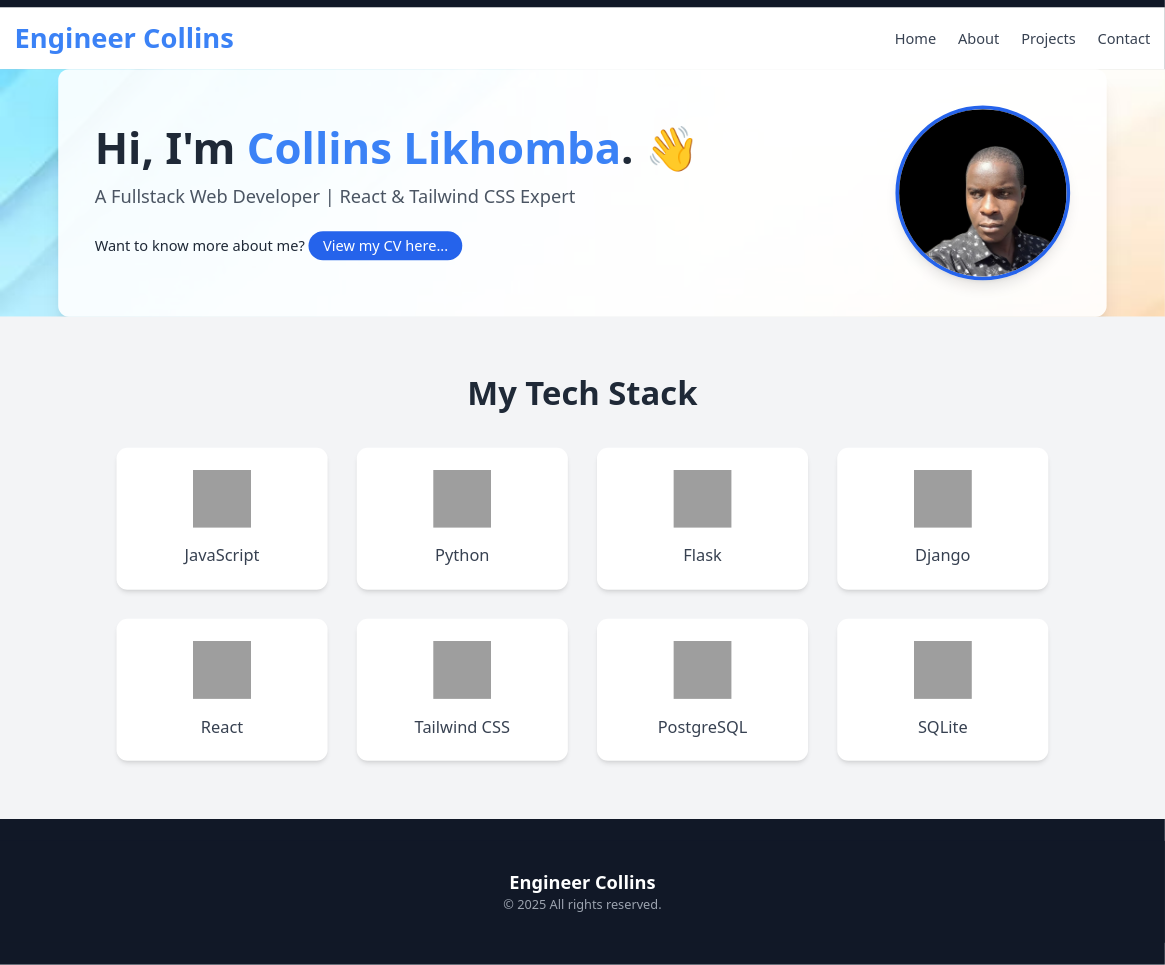
Repository: Engineer-collo/Portfolio
Page: /
These files come from the project's save history. The page is drawn as it stood at one moment and after a run of saves; the edit follows.
The browser window is 1280 px wide. The pictures show the whole page, at 91% of full size.
Pictures or frames that could not be fetched are drawn as grey boxes. The project was rebuilt for these pictures with package versions that can differ from the ones it lists, and the page was loaded fresh each time. Also part of the build but not shown: vite.config.js, src/pages/About.jsx, src/pages/Projects.jsx, src/pages/Contact.jsx, src/pages/Blog.jsx, src/pages/Skills.jsx.

Above is the page before, as saved 2025-06-07 17:08:58.

### index.html
<!DOCTYPE html>
<html lang="en">
<head>
  <meta charset="UTF-8">
  <meta name="viewport" content="width=device-width, initial-scale=1.0">
  <title>Portfolio</title>
</head>
<body class="bg-gray-100">
  <div id="root"></div>
  <script type="module" src="/src/main.jsx"></script>
</body>
</html>

### src/main.jsx
import React from 'react'
import ReactDOM from 'react-dom/client'
import './index.css'
import App from './App'

ReactDOM.createRoot(document.getElementById('root')).render(
  <React.StrictMode>
    <App />
  </React.StrictMode>,
)

### src/App.jsx
import { BrowserRouter as Router, Route, Routes } from "react-router-dom";
import HomePage from "./pages/HomePage";
import About from "./pages/About";
import Project from "./pages/Projects";
import Contact from "./pages/Contact";
import Blog from "./pages/Blog";
import Skills from "./pages/Skills";

function App() {
  return (
    <Router>

      <Routes>
        <Route path="/" element={<HomePage />} />
        <Route path="/about" element={<About />} />
        <Route path="/projects" element={<Project />} />
        <Route path="/contact" element={<Contact />} />
        <Route path="/skills" element={<Skills />} />
        <Route path="/blog" element={<Blog />} />


      </Routes>
    </Router>
  );
}

export default App;

### src/pages/HomePage.jsx
import React from 'react';
import Navbar from '../components/Navbar';
import Footer from './Footer';

const skills = [
  {
    name: "JavaScript",
    icon: "https://cdn.jsdelivr.net/gh/devicons/devicon/icons/javascript/javascript-original.svg",
  },
  {
    name: "Python",
    icon: "https://cdn.jsdelivr.net/gh/devicons/devicon/icons/python/python-original.svg",
  },
  {
    name: "Flask",
    icon: "https://cdn.jsdelivr.net/gh/devicons/devicon/icons/flask/flask-original.svg",
  },
  {
    name: "Django",
    icon: "https://cdn.jsdelivr.net/gh/devicons/devicon/icons/django/django-plain.svg",
  },
  {
    name: "React",
    icon: "https://cdn.jsdelivr.net/gh/devicons/devicon/icons/react/react-original.svg",
  },
  {
    name: "Tailwind CSS",
    icon: "https://i.pinimg.com/736x/11/a7/b5/11a7b5fb70c24e5632f2baccce14603c.jpg",
  },
  {
    name: "PostgreSQL",
    icon: "https://cdn.jsdelivr.net/gh/devicons/devicon/icons/postgresql/postgresql-original.svg",
  },
  {
    name: "SQLite",
    icon: "https://cdn.jsdelivr.net/gh/devicons/devicon/icons/sqlite/sqlite-original.svg",
  },
];

const HomePage = () => {
  return (
    <div className="text-gray-800 font-sans min-h-screen flex flex-col">
      {/* Navbar */}
      <header className="bg-gray-900 text-white shadow">
        <Navbar />
      </header>

      {/* Hero Section */}
      <section
        className="flex-grow flex justify-center items-center px-4
                   bg-[url('/bg.png')] bg-cover bg-center bg-no-repeat"
      >
        <div className="flex flex-col md:flex-row items-center
                        text-center md:text-left gap-10
                        bg-white bg-opacity-90 p-6 md:p-10 rounded-xl shadow-xl
                        max-w-6xl w-full">
          {/* Text Side */}
          <div className="flex-1">
            <h2 className="text-4xl sm:text-5xl font-bold mb-4">
              Hi, I'm <span className="text-blue-500">Collins Likhomba</span>. 👋
            </h2>
            <p className="text-lg sm:text-xl text-gray-600 mb-6">
              A Fullstack Web Developer | React & Tailwind CSS Expert
            </p>
            <p>
              Want to know more about me?&nbsp;
              <a
                href="https://my-cv-henna-beta.vercel.app/"
                className="inline-block bg-blue-600 text-white px-4 py-1 rounded-full hover:bg-blue-700 transition"
                target="_blank"
                rel="noopener noreferrer"
              >
                View my CV here...
              </a>
            </p>
          </div>

          {/* Image Side */}
          <div className="flex-shrink-0 w-36 h-36 sm:w-48 sm:h-48 rounded-full border-4 border-blue-600 shadow-lg overflow-hidden">
            <img
              src="/picture.png"
              alt="Profile"
              className="w-full h-full object-cover"
            />
          </div>
        </div>
      </section>

      {/* Skills Section */}
      <section className="bg-gray-100 py-16 px-4 sm:px-6 lg:px-8 text-center">
        <h2 className="text-4xl font-bold text-gray-800 mb-10">My Tech Stack</h2>

        <div className="grid grid-cols-2 sm:grid-cols-3 md:grid-cols-4 gap-8 max-w-5xl mx-auto">
          {skills.map((skill) => (
            <div
              key={skill.name}
              className="flex flex-col items-center justify-center bg-white rounded-xl p-6 shadow-md hover:shadow-lg transition-shadow duration-300"
            >
              <img
                src={skill.icon}
                alt={skill.name}
                className="w-16 h-16 mb-4"
              />
              <p className="text-lg font-medium text-gray-700">{skill.name}</p>
            </div>
          ))}
        </div>
      </section>

      {/* Footer */}
      <footer className="bg-gray-900 text-white text-center py-6 mt-auto">
        <Footer />
      </footer>
    </div>
  );
};

export default HomePage;

### src/components/Navbar.jsx
import React, { useState } from 'react';
import { Link } from 'react-router-dom';

const Navbar = () => {
  const [isOpen, setIsOpen] = useState(false);

  const toggleMenu = () => setIsOpen(!isOpen);

  return (
    <header className=" mt-2 bg-white shadow-md">
      <div className="max-w-7xl mx-auto px-4 py-4 flex justify-between items-center">
        <h1 className="text-3xl font-bold text-gray-800">        <Link to="/" className="hover:text-blue-500 text-gray-700 transition"><span className='text-blue-500'>Engineer Collins</span></Link>
        </h1>

        {/* Desktop nav */}
        <nav className="space-x-6 hidden md:flex">
        <Link to="/" className="hover:text-blue-500 text-gray-700 transition">Home</Link>
          <Link to="/about" className="hover:text-blue-500 text-gray-700 transition">About</Link>
          <Link to="/projects" className="hover:text-blue-500 text-gray-700 transition">Projects</Link>
          <Link to="/contact" className="hover:text-blue-500 text-gray-700 transition">Contact</Link>
        </nav>

        {/* Mobile menu toggle */}
        <div className="md:hidden">
          <button onClick={toggleMenu} className="text-gray-700 focus:outline-none">
            <svg className="h-6 w-6" fill="none" stroke="currentColor" strokeWidth="2" viewBox="0 0 24 24">
              <path strokeLinecap="round" strokeLinejoin="round" d={isOpen ? 'M6 18L18 6M6 6l12 12' : 'M4 6h16M4 12h16M4 18h16'} />
            </svg>
          </button>
        </div>
      </div>

      {/* Mobile nav links */}
      {isOpen && (
        <nav className="md:hidden px-4 pb-4 space-y-2">
          <Link to="/about" className="block text-gray-700 hover:text-blue-500">About</Link>
          <Link to="/projects" className="block text-gray-700 hover:text-blue-500">Projects</Link>
          <Link to="/contact" className="block text-gray-700 hover:text-blue-500">Contact</Link>
        </nav>
      )}
    </header>
  );
};

export default Navbar;

### src/pages/Footer.jsx
import React from 'react';

const Footer = () => {
  return (
    <footer className="bg-gray-900 text-white py-8">
      <div className="max-w-7xl mx-auto px-4 flex flex-col items-center text-center">
        <h2 className="text-xl font-semibold">Engineer Collins</h2>
        <p className="text-sm text-gray-400">© {new Date().getFullYear()} All rights reserved.</p>
      </div>
    </footer>
  );
};

export default Footer;

Loaded but not shown: src/index.css (common file); tailwind.config.js (common file)

After the next 3 saves:
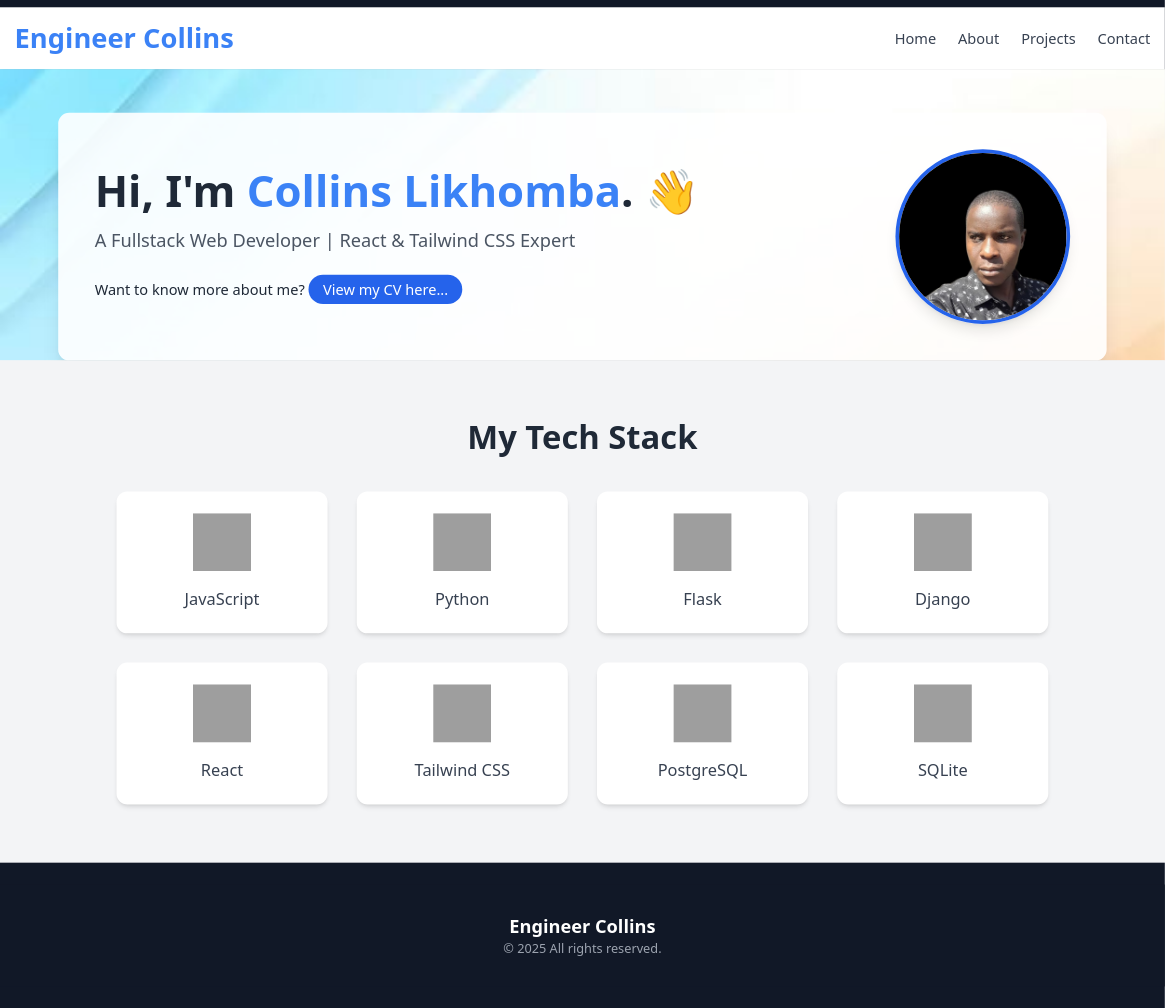
The 3 saves are shown as one change because they came seconds apart.
The last was saved 11 s later.
--- a/src/pages/HomePage.jsx
+++ b/src/pages/HomePage.jsx
@@ -47,7 +47,7 @@ const HomePage = () => {
 
       {/* Hero Section */}
       <section
-        className="flex-grow flex justify-center items-center px-4
+        className=" pt-12 flex-grow flex justify-center items-center px-4
                    bg-[url('/bg.png')] bg-cover bg-center bg-no-repeat"
       >
         <div className="flex flex-col md:flex-row items-center
